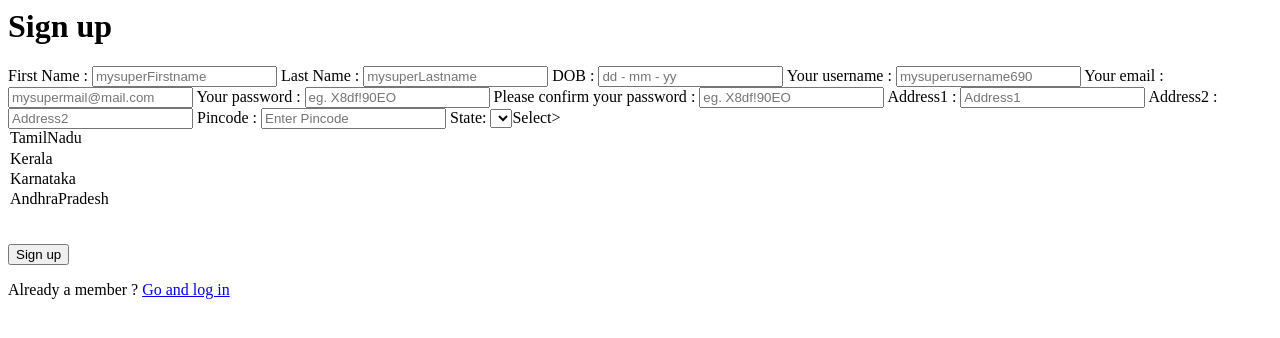
Repository: ravisudharsan/StarKart
Page: http://localhost/StarkartFrontend/WEB-INF/views/register.jsp
An editor plug-in stored every save of this project. The page is shown before and after the next save, followed by the edit.
The browser window is 1280 px wide. The pictures show the whole page.
The page is served by Tomcat 9. Nobody is signed in. Other server files are loaded and not shown. The template is opened directly, without the code that normally fills it, so the values that code supplies are empty.

Above is the page before, as saved 2016-10-26 05:16:38.

### StarkartFrontend/src/main/webapp/WEB-INF/views/register.jsp
<div id="register" class="animate form"></div>
			<form  action="mysuperscript.php" autocomplete="on"> </form>
				<h1> Sign up </h1>

					<tr>

					<td><label for="First Namesignup" class="Fname" data-icon="F">First Name</label></td>
					<td>:</td>
					<td><input id="First Namesignup" name="First Namesignup" required="required" type="text" placeholder="mysuperFirstname" /></td>
					</tr>
				 	<tr>
					<td><label for="Last Namesignup" class="Lname" data-icon="L">Last Name</label>
					<td>:</td>
					<td><input id="Last Namesignup" name="Last Namesignup" required="required" type="text" placeholder="mysuperLastname" />
					</tr>

                                 	<tr>

					<td><label for="DOBsignup" class="Lname" data-icon="L">DOB</label></td>
					<td>:</td>
					<td><input id="DOBsignup" name="DOBsignup" required="required" type="text" placeholder="dd - mm - yy" /></td>
					</tr>

					<tr>

					<td><label for="usernamesignup" class="uname" data-icon="u">Your username</label></td>
					<td>:</td>
					<td><input id="usernamesignup" name="usernamesignup" required="required" type="text" placeholder="mysuperusername690" /></td>
					</tr>

					<tr>

					<td><label for="emailsignup" class="youmail" data-icon="e" > Your email</label></td>
					<td>:</td>
					<td><input id="emailsignup" name="emailsignup" required="required" type="email" placeholder="mysupermail@mail.com"/> </td>
					</tr>

					<tr>

					<td><label for="passwordsignup" class="youpasswd" data-icon="p">Your password </label></td>
					<td>:</td>
					<td><input id="passwordsignup" name="passwordsignup" required="required" type="password" placeholder="eg. X8df!90EO"/></td>
					</tr>

					<tr>

					<td><label for="passwordsignup_confirm" class="youpasswd" data-icon="p">Please confirm your password </label></td>
					<td>:</td>
					<td><input id="passwordsignup_confirm" name="passwordsignup_confirm" required="required" type="password" placeholder="eg. X8df!90EO"/></td>
					</tr>

					<tr>

					<td><label for="Address1signup" class="Address1" data-icon="A1">Address1</label></td>
					<td>:</td>
					<td><input id="Address1signup" name="Address1signup" required="required" type="text" placeholder="Address1" /></td>
					</tr>

					<tr>

					<td><label for="Address2signup" class="Address2" data-icon="A1">Address2</label></td>
					<td>:</td>
					<td><input id="Address2signup" name="Address2signup" required="required" type="text" placeholder="Address2" /></td>
					</tr>

					<tr>

					<td><label for="Pincodesignup" class="Pincode" data-icon="A1">Pincode</label></td>
					<td>:</td>
					<td><input id="Pincodesignup" name="Pincodesignup" required="required" type="text" placeholder="Enter Pincode" /></td>
					</tr>

					<tr>

					<td> State</td><td>:</td> <td><Select></Select>Select>
				<option value="TamilNadu">TamilNadu</option>
				<option value="Kerala">Kerala</option>
				<option value="Karnataka">Karnataka</option>
				<option value="AndhraPradesh">AndhraPradesh</option></td>
				</tr>
				<br>
<tr>
				<td><p class="signin button">
					<input type="submit" value="Sign up"/>
				</tr>
<tr>
				<td> <p class="#tologin">

					Already a member ?
					<a href="login" class="to_register"> Go and log in </a></td>
</tr>

After the next save:
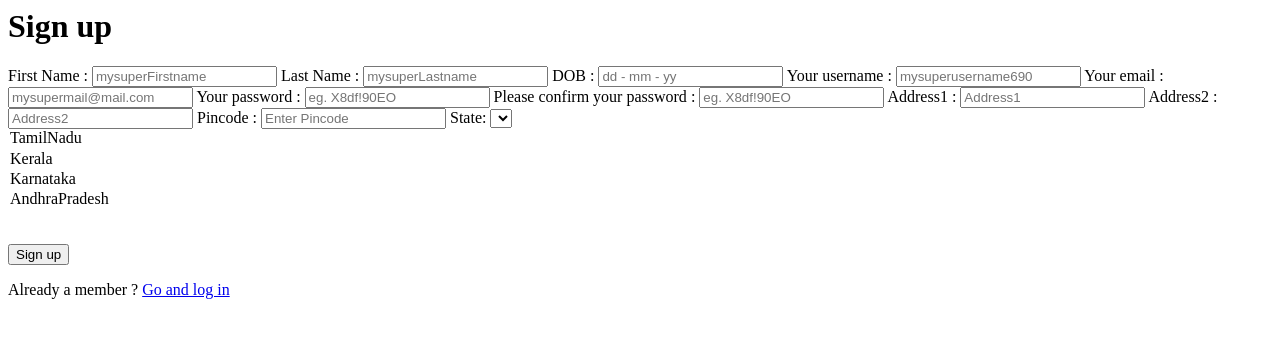
Saved 25 s later.
--- a/StarkartFrontend/src/main/webapp/WEB-INF/views/register.jsp
+++ b/StarkartFrontend/src/main/webapp/WEB-INF/views/register.jsp
@@ -72,7 +72,7 @@
 
 					<tr>
 
-					<td> State</td><td>:</td> <td><Select></Select>Select>
+					<td> State</td><td>:</td> <td><Select></Select>
 				<option value="TamilNadu">TamilNadu</option>
 				<option value="Kerala">Kerala</option>
 				<option value="Karnataka">Karnataka</option>
